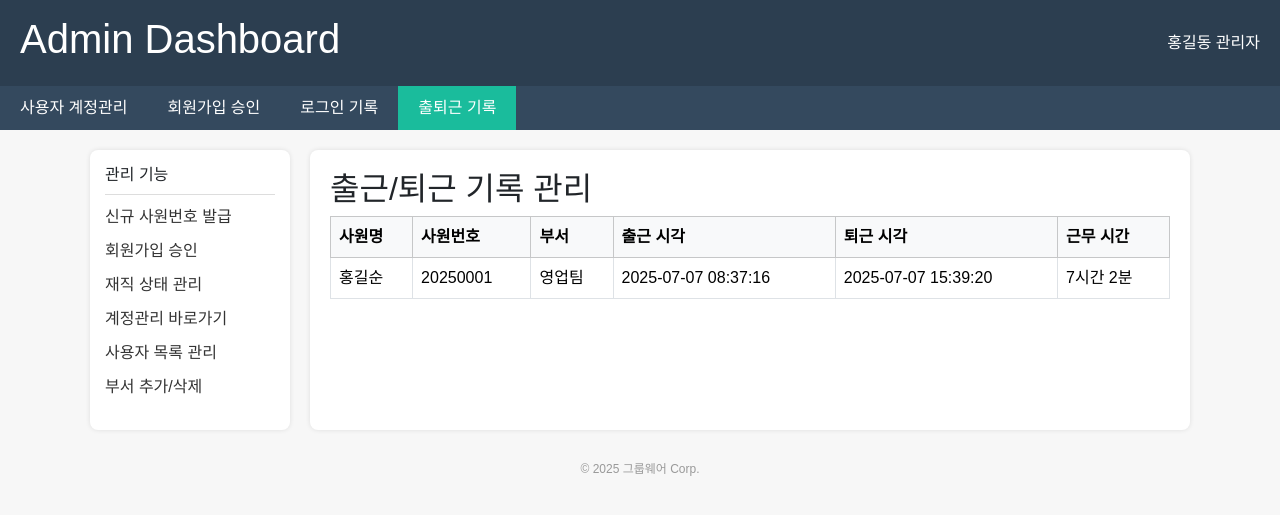
Repository: hyunbin7664/web-java-workspace
Page: groupware/src/main/webapp/admin_attendance_log.html
An editor plug-in stored every save of this project. The page is shown before and after the next save, followed by the edit.
The browser window is 1280 px wide. The pictures show the whole page.

Above is the page before, as saved 2025-07-07 08:30:02.

After the next save:
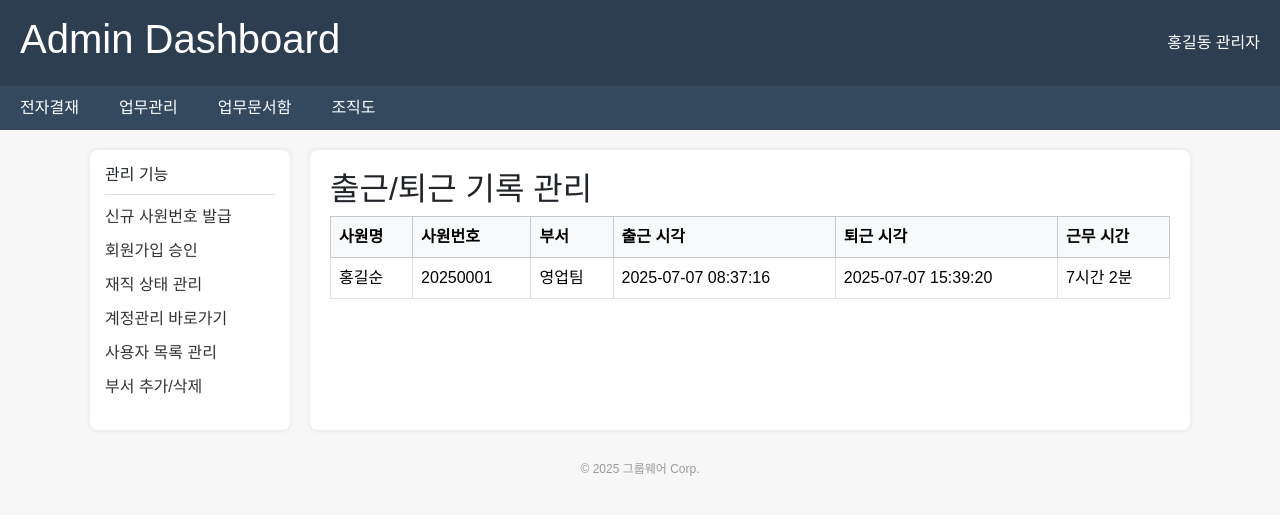
Saved 40 s later.
--- a/groupware/src/main/webapp/admin_attendance_log.html
+++ b/groupware/src/main/webapp/admin_attendance_log.html
@@ -102,10 +102,10 @@ footer {
 		<div>홍길동 관리자</div>
 	</header>
 	<nav>
-		<a href="user_list.html">사용자 계정관리</a>
-		<a href="employee_approval.html">회원가입 승인</a>
-		<a href="login_log.html">로그인 기록</a>
-		<a href="attendance_log.html" class="active">출퇴근 기록</a>
+		<a href="#">전자결재</a>
+		<a href="#">업무관리</a>
+		<a href="#">업무문서함</a>
+		<a href="#">조직도</a>
 	</nav>
 	<div class="container">
 		<div class="sidebar">
